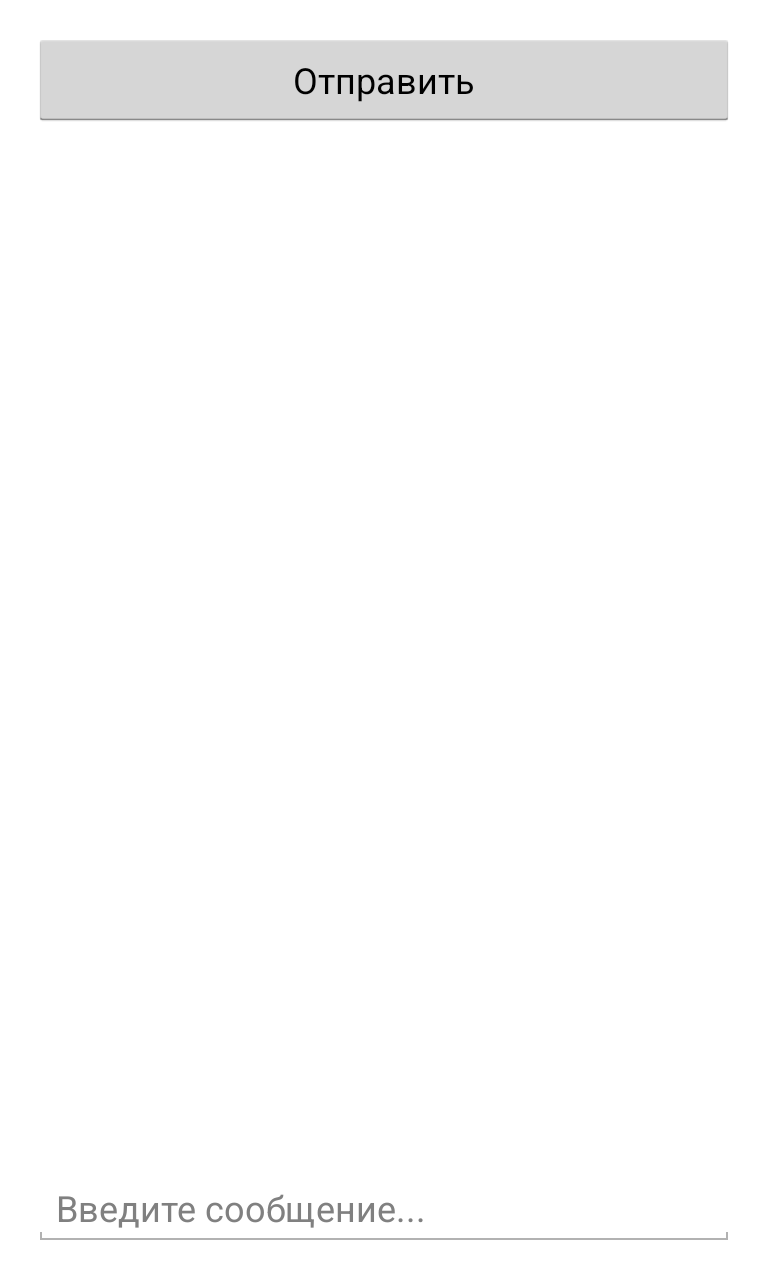
Repository: DukeSpontaneous/Bluetooth-Chat
Layout: BluetoothChat/res/layout/chat.xml
These files come from the project's save history. The layout is drawn as it stood at one moment and after the next save; the edit follows.
It is drawn on a 768 x 1280 px phone screen (xhdpi) without system bars, with theme AppTheme; the app's code is not run. Lists and similar views that code fills are empty.

Above is the layout before, as saved 2016-08-18 10:11:34.

After the next save:
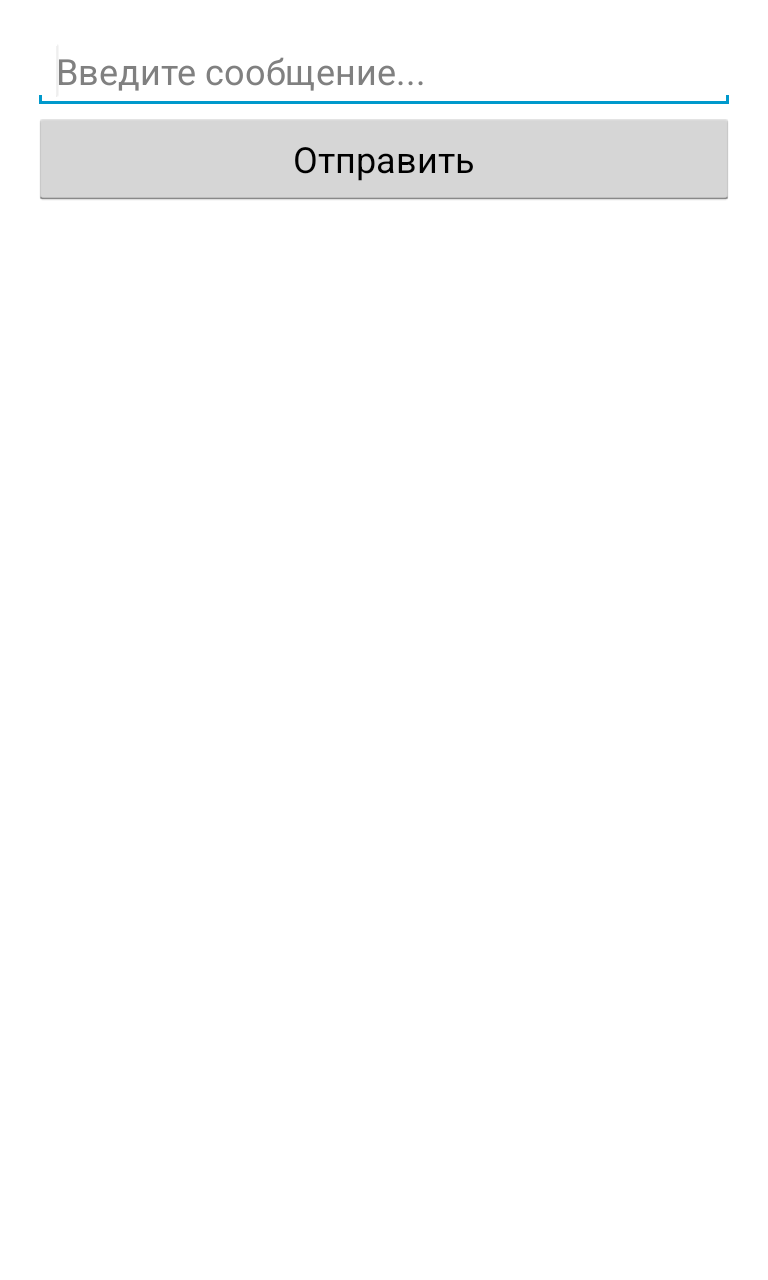
Saved 2 min 56 s later.
--- a/BluetoothChat/res/layout/chat.xml
+++ b/BluetoothChat/res/layout/chat.xml
@@ -10,6 +10,17 @@
     android:paddingTop="16dp" >
 
     <!--android:configChanges="orientation|screenSize"-->
+
+    <EditText
+        android:id="@+id/et_input_message"
+        android:layout_width="match_parent"
+        android:layout_height="wrap_content"
+        android:ems="10"
+        android:hint="@string/hint_input_message"
+        android:inputType="textMultiLine" >
+
+        <requestFocus />
+    </EditText>
 
     <Button
         android:id="@+id/buttonSendMessage"
@@ -24,12 +35,4 @@
         android:layout_weight="1" >
     </ListView>
 
-    <EditText
-        android:id="@+id/et_input_message"
-        android:layout_width="match_parent"
-        android:layout_height="wrap_content"
-        android:ems="10"
-        android:hint="@string/hint_input_message"
-        android:inputType="textMultiLine" />
-
 </LinearLayout>
